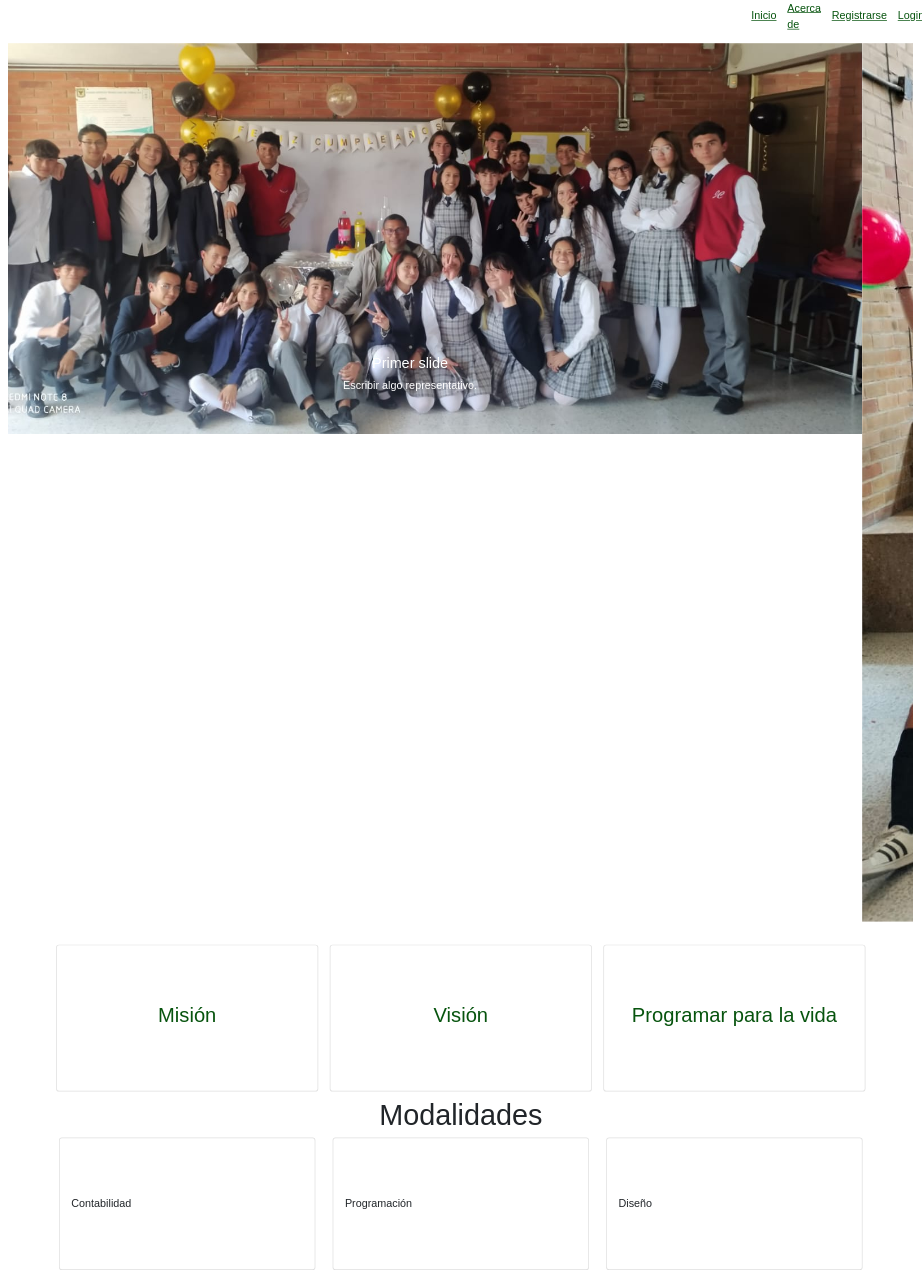
Repository: AntonnySant/webColegio
Page: index.html
The author's editor kept a copy of each file at every save. The page is drawn from the files as they stood at one save, then again after the next save.
The browser window is 1280 px wide. The pictures show the whole page, at 72% of full size.

Above is the page before, as saved 2023-10-17 17:25:09.
Console error: TypeError: Cannot set properties of null (setting 'onclick')

After the next save:
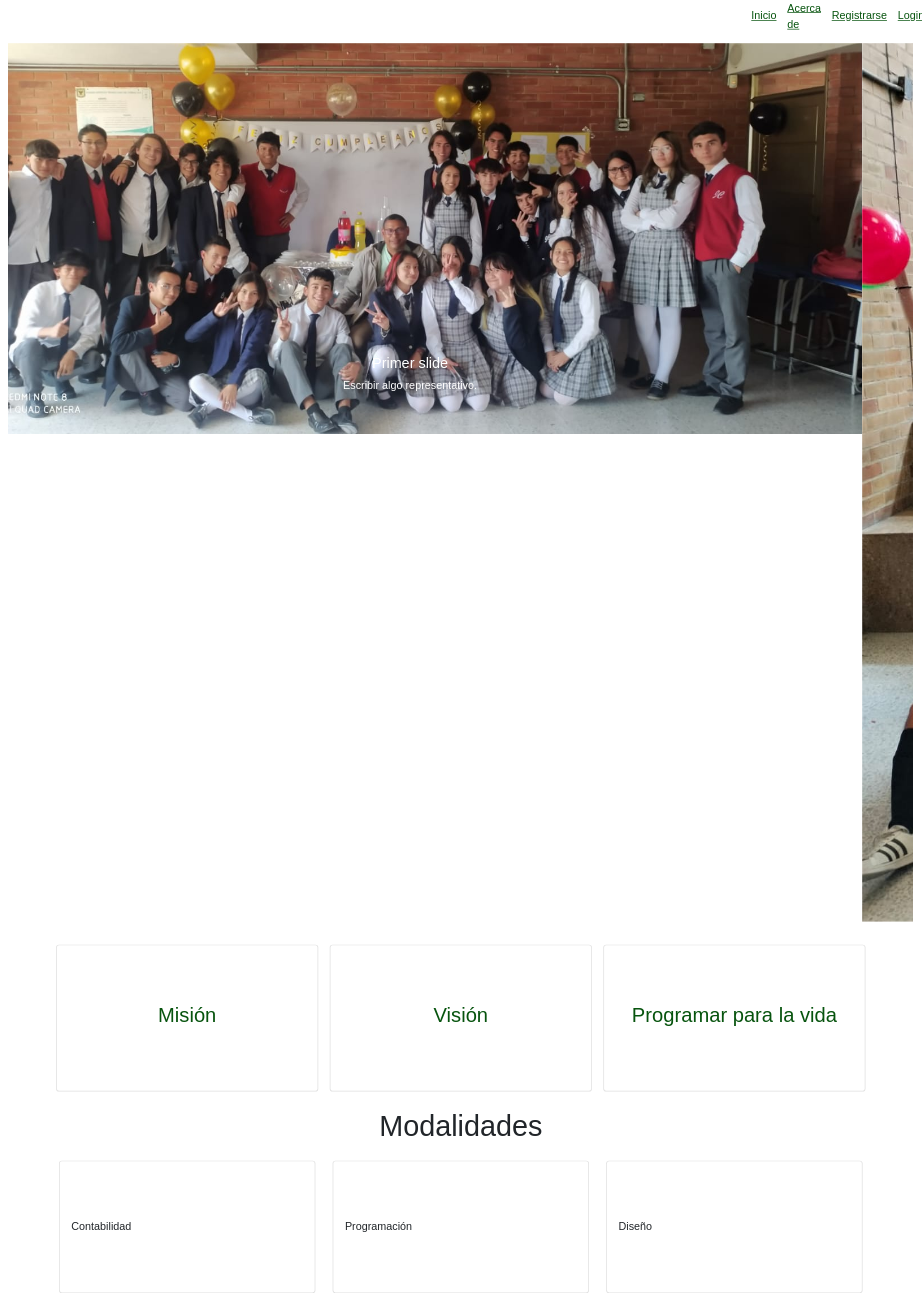
Saved 11 s later.
--- a/index.html
+++ b/index.html
@@ -219,7 +219,7 @@
 
         <div class="container">
             <div class="row">
-                <h1 class="text-center">Modalidades</h1>
+                <h1 class="text-center p-3">Modalidades</h1>
             </div>
             <div class="row">
                 <div class="col">
